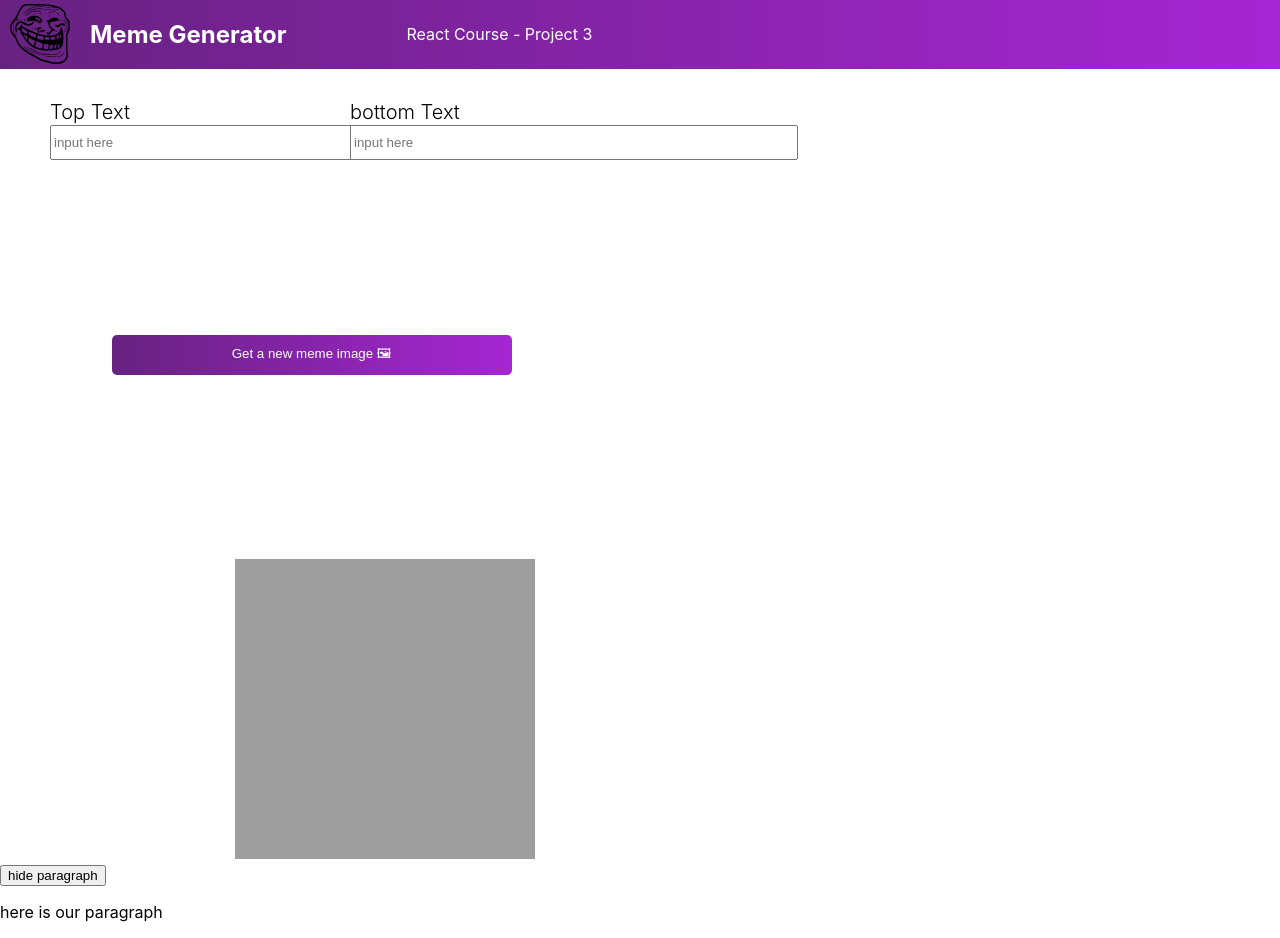
Repository: mortiestmorty1/meme-generator-react
Page: /
These files come from the project's save history. The page is drawn as it stood at one moment and after a run of saves; the edit follows.
The browser window is 1280 px wide. The pictures show the whole page.
Pictures or frames that could not be fetched are drawn as grey boxes. The project was rebuilt for these pictures with package versions that can differ from the ones it lists, and the page was loaded fresh each time. Also part of the build but not shown: src/components/box.js.

Above is the page before, as saved 2024-01-20 17:07:28.

After the next 4 saves:
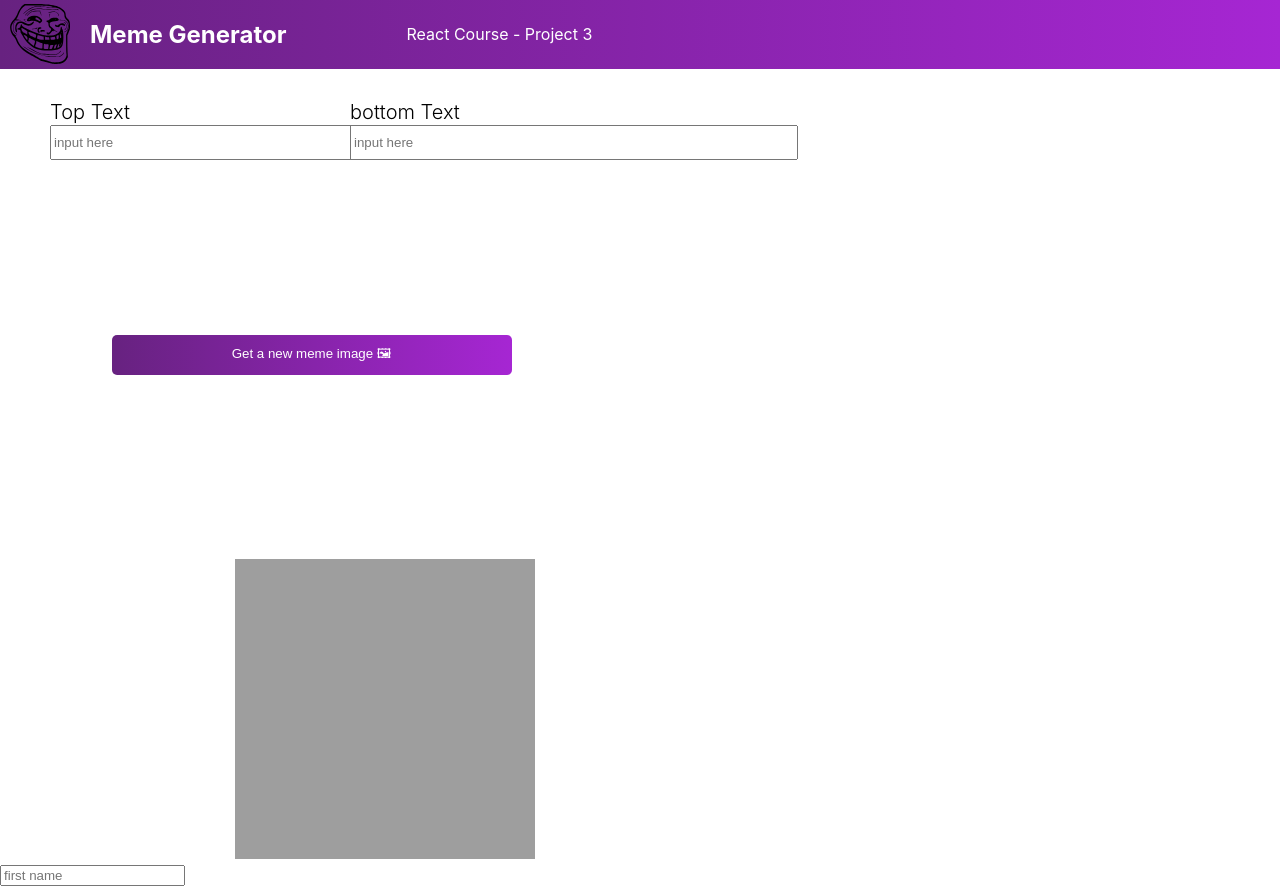
The 4 saves are shown as one change because 3 did not build or start.
The last was saved 2 h 24 min later.
--- a/src/App.js
+++ b/src/App.js
@@ -8,21 +8,21 @@ import boxes from "./components/boxes";
 import Box from "./components/box";
 
 function App(props) {
-  const [isShown, setIsShown] = useState(true);
-  const [display, setDisplay] = useState("here is our paragraph");
-  const [button, setButton] = useState("hide paragraph")
-function toggle(){
-  setIsShown(!isShown)
-  setDisplay(isShown && "here is our paragraph")
-  setButton(isShown ? "hide paragraph" : "show paragraph")
-}
-
+ const [fistname , setFistname] = useState("")
+ function handleChange(event){
+  setFistname(event.target.value)
+ }
   return (
     <div className="App">
       <Navbar />
       <Inputs />
-      <button onClick={toggle}>{button}</button>
-      <p>{display}</p>
+      <form>
+      <input
+      type="text"
+      placeholder="first name"
+      onChange={handleChange}>
+      </input>
+      </form>
     </div>
   );
 }
